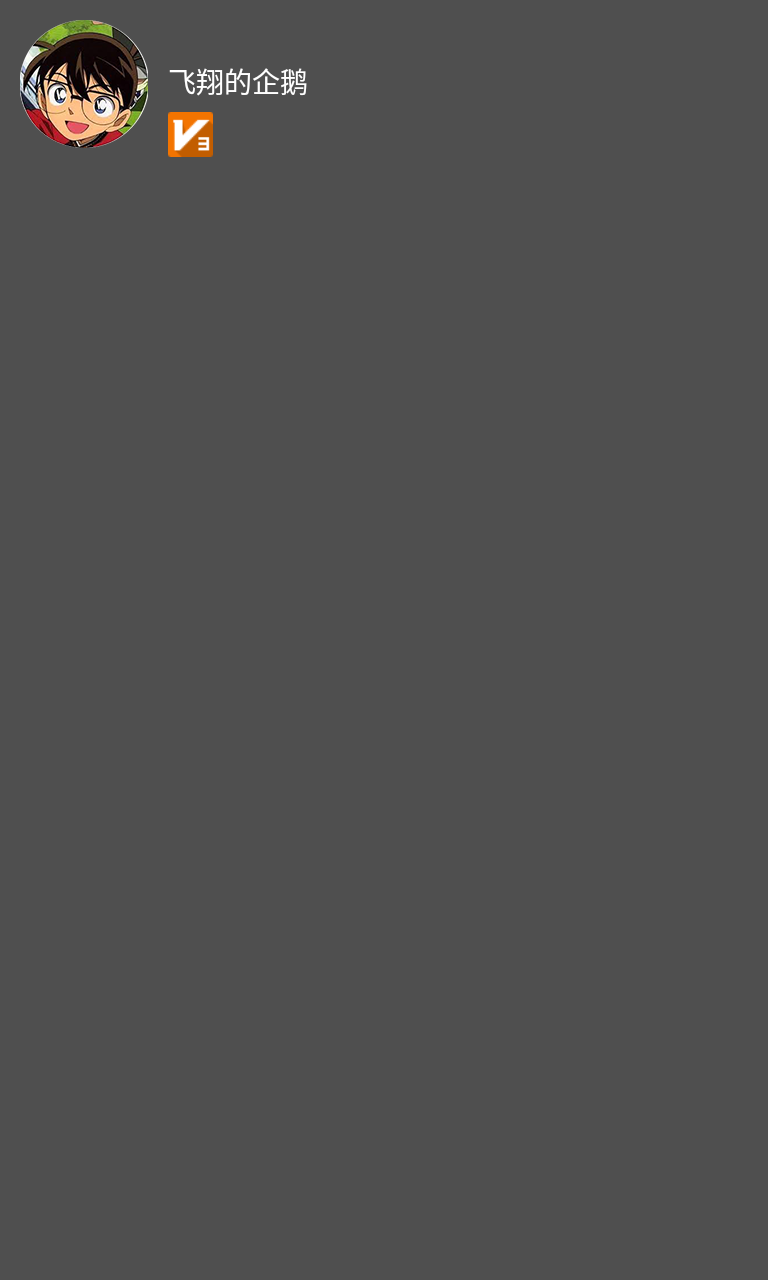
Repository: drugTang/PersonProject
Layout: myApp/res/layout/fragment_left_menu.xml
An editor plug-in stored every save of this project. The layout is shown before and after the next save, followed by the edit.
It is drawn on a 768 x 1280 px phone screen (xhdpi) without system bars, with theme AppTheme; the app's code is not run. Lists and similar views that code fills are empty.

Above is the layout before, as saved 2015-11-09 00:12:58.

After the next save:
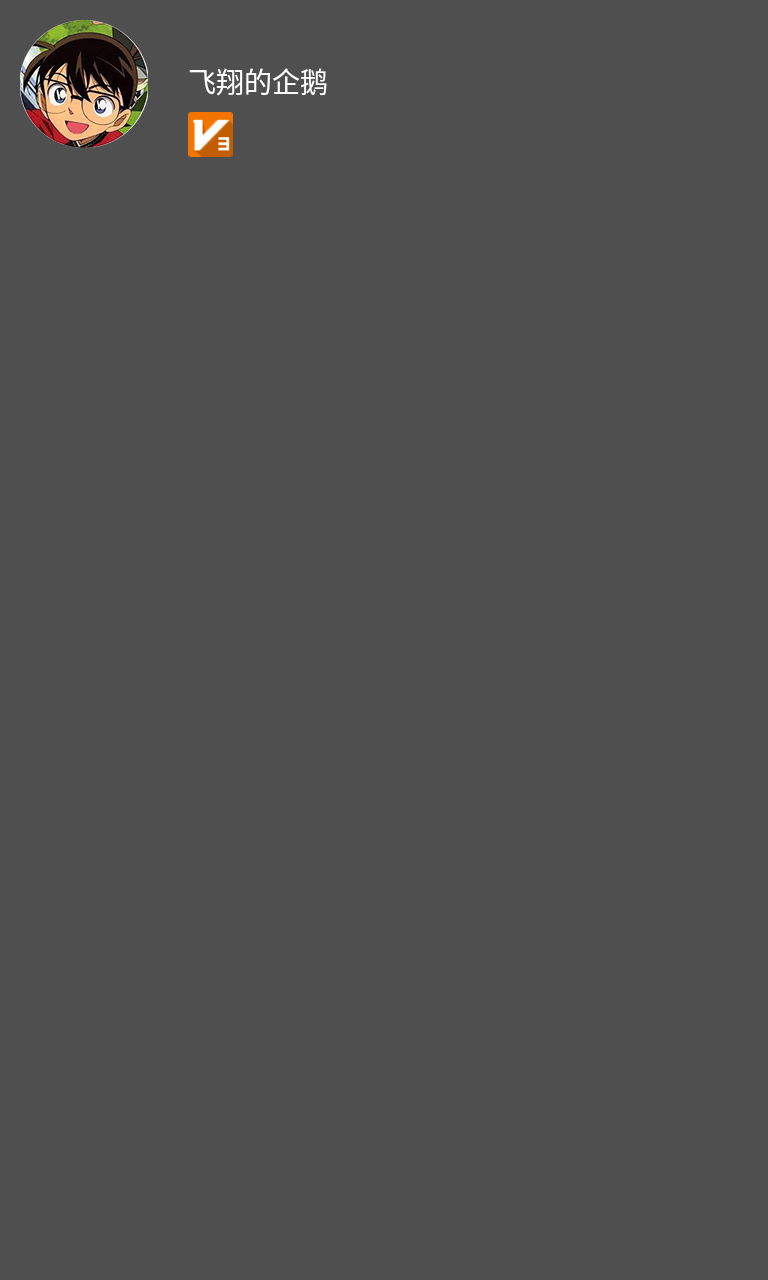
Saved 9 s later.
--- a/myApp/res/layout/fragment_left_menu.xml
+++ b/myApp/res/layout/fragment_left_menu.xml
@@ -23,7 +23,7 @@
             android:id="@+id/tv_user_name"
             android:layout_width="wrap_content"
             android:layout_height="wrap_content"
-            android:layout_marginLeft="10dp"
+            android:layout_marginLeft="20dp"
             android:layout_marginTop="20dp"
             android:layout_toRightOf="@id/ib_head"
             android:text="飞翔的企鹅"
